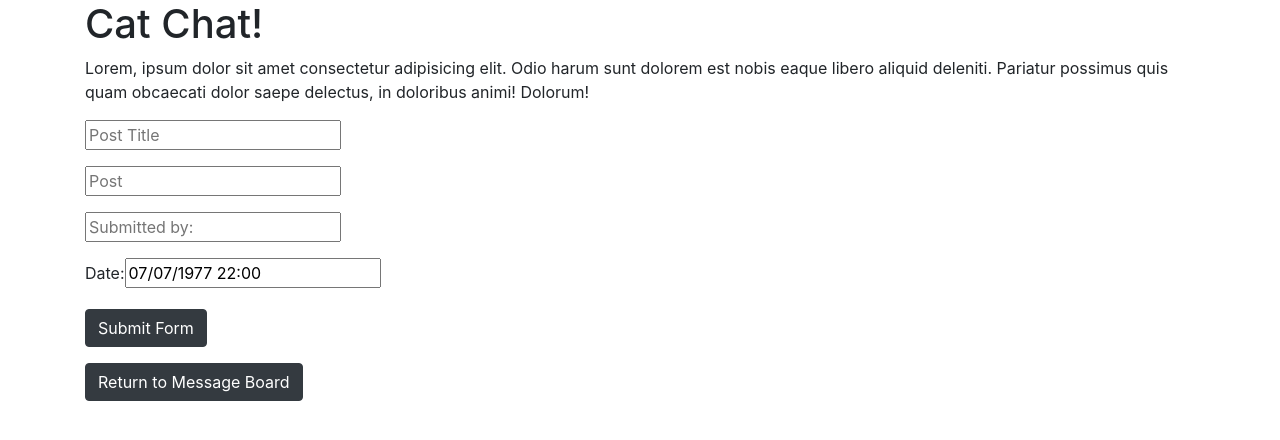
Repository: JoseyKinnaman/cat-chat
Page: /, after clicking the first element matching `button.btn`
The author's editor kept a copy of each file at every save. The page is drawn from the files as they stood at one save, then again after the next save.
The browser window is 1280 px wide. The pictures show the whole page.
The project was rebuilt for these pictures with package versions that can differ from the ones it lists, and the page was loaded fresh each time. Also part of the build but not shown: src/components/Post.js, src/components/PostDetail.js, src/components/EditPostForm.js.

Above is the page before, as saved 2020-07-08 09:36:59.

### src/components/App.js
import React from 'react';
import Header from "./Header";
import PostControl from "./PostControl";


function App(){
  return (
    <React.Fragment>
      <div class="container">
        <Header />
        <PostControl />
      </div>
    </React.Fragment>
  );
}

export default App;

### src/reducers/index.js
import formVisibleReducer from './form-visible-reducer';
import postListReducer from './post-list-reducer';
import { combineReducers } from 'redux';

const rootReducer = combineReducers({
  formVisibleOnPage: formVisibleReducer,
  masterPostList: postListReducer
});

export default rootReducer;

### src/components/Header.js
import React from "react";

function Header() {
  return (
    <React.Fragment>
      <h1>Cat Chat!</h1>
      <p>Lorem, ipsum dolor sit amet consectetur adipisicing elit. Odio harum sunt dolorem est nobis eaque libero aliquid deleniti. Pariatur possimus quis quam obcaecati dolor saepe delectus, in doloribus animi! Dolorum!</p>
    </React.Fragment>
  )
}

export default Header;

### src/components/PostControl.js
import React from 'react';
import NewPostForm from './NewPostForm';
import PostList from './PostList';
import PostDetail from './PostDetail';
import EditPostForm from './EditPostForm';
import { connect } from 'react-redux';
import PropTypes from 'prop-types';

class PostControl extends React.Component {

  constructor(props) {
    super(props);
    console.log(props);
    this.state = {
      selectedPost: null,
      editing: false
    };
  }

  handleClick = () => {
    if(this.state.selectedPost != null) {
      this.setState ({
        formVisibleOnPage: false,
        selectedPost: null,
        editing: false
      });
    } else {
      const { dispatch } = this.props;
      const action = {
        type: 'TOGGLE_FORM'
      }
      dispatch(action);
    }
  }

  handleChangingSelectedPost = (id) => {
    const selectedPost = this.props.masterPostList[id];
    this.setState({selectedPost: selectedPost})
  }

  handleAddingNewPostToList = (newPost) => {
    const { dispatch } = this.props;
    const { id, title, content, author, timestamp } = newPost;
    const action = {
      type: 'ADD_POST',
      id: id,
      title: title,
      content: content,
      author: author,
      timestamp: timestamp,
    }
    console.log(timestamp);
    dispatch(action);
    const action2 = {
      type: 'TOGGLE_FORM'
    }
    dispatch(action2);
  }

  handleEditClick = () => {
    this.setState({editing: true});
  }

  handleEditPostInList = (postToEdit) => {
    const { dispatch } = this.props;
    const { id, title, content, author, timestamp } = postToEdit;
    const action = {
      type: 'ADD_ITEM',
      id: id,
      title: title,
      content: content,
      author: author,
      timestamp: timestamp,
    }
    dispatch(action)
    this.setState({ selectedPost: null })
  }

  handleDeletePost = (id) => {
    const { dispatch } = this.props;
    const action = {
      type: "DELETE_POST",
      id: id
    }
    dispatch(action);
    this.setState({ selectedPost: null });
  }

  render() {
    let currentlyVisibleState = null;
    let buttonText = null;
    if (this.state.editing){
      currentlyVisibleState = <EditPostForm post = {this.state.selectedPost} onEditPost= {this.handleEditPostInList}/>
      buttonText = "Return to Message Board"
    } else if (this.state.selectedPost != null){
      currentlyVisibleState =
      <PostDetail
        post = {this.state.selectedPost}
        onClickDelete = {this.handleDeletePost}
        onClickEdit = {this.handleEditClick}
        />
      buttonText = "Return to Message Board"
    }
    else if (this.props.formVisibleOnPage){
      currentlyVisibleState = <NewPostForm onNewPostCreation={this.handleAddingNewPostToList}/>
      buttonText = "Return to Message Board"
    } else {
      currentlyVisibleState = <PostList postList = {this.props.masterPostList} onPostSelection={this.handleChangingSelectedPost}/>;
      buttonText = "Add Post"
    }
    return(
      <React.Fragment>
        {currentlyVisibleState}
        <button class="btn btn-dark" onClick={this.handleClick}>{buttonText}</button>
      </React.Fragment>

    );
  }
}

PostControl.propTypes = {
  masterPostList: PropTypes.object
};

const mapStateToProps = state => {
  return {
    masterPostList: state.masterPostList,
    formVisibleOnPage: state.formVisibleOnPage
  }
}

PostControl = connect(mapStateToProps)(PostControl);
export default PostControl;

### src/reducers/form-visible-reducer.js
export default (state = false, action) => {
  switch (action.type) {
    case 'TOGGLE_FORM':
      return !state;
  default:
  return state;
  }
};

### src/reducers/post-list-reducer.js
export default (state = {}, action) => {
  // let seconds = Date.now();
  const { title, content, author, timestamp, id } = action;
  switch (action.type) {
    case 'ADD_POST':
    return Object.assign({}, state, {
      [id]: {
        title: title,
        content: content,
        author: author,
        timestamp: timestamp
      }
    });
    case 'DELETE_POST':
      const newState = { ...state };
      delete newState[id];
      return newState;
    default:
      return state;
  }
};

### src/components/NewPostForm.js
import React from "react";
import { v4 } from 'uuid';
import PropTypes from "prop-types";
import ReusableForm from "./ReusableForm";

function NewPostForm(props){
  function handleNewPostFormSubmission(event) {
    event.preventDefault();
    var seconds = Date.now();
    props.onNewPostCreation({title: event.target.title.value, content: event.target.content.value, author: event.target.author.value, timestamp: new Date(seconds), id: v4()});
  }

  return (
    <React.Fragment>
      <ReusableForm
        formSubmissionHandler={handleNewPostFormSubmission}
        buttonText="Create Post" />
    </React.Fragment>
  );
}

NewPostForm.propTypes = {
  onNewPostCreation: PropTypes.func
};

export default NewPostForm;

### src/components/PostList.js
import React from "react";
import Post from "./Post";
import PropTypes from "prop-types";

function PostList(props){
  return (
    <React.Fragment>
      {Object.values(props.postList).map((post) => {
        return <Post
          whenPostClicked = { props.onPostSelection }
          title={post.title}
          content={post.content}
          author={post.author}
          timestamp={post.timestamp}
          id={post.id}
          key={post.id}
        />
     })}
    </React.Fragment>
  );
}

PostList.propTypes = {
  postList: PropTypes.object,
  onPostSelection: PropTypes.func
};

export default PostList;

### src/components/ReusableForm.js
import React from "react";
import PropTypes from "prop-types"

function ReusableForm(props) {
  return(
    <React.Fragment>
      <form onSubmit={props.formSubmissionHandler}>
        <div class="form-group">
          <input
            type="text"
            name='title'
            placeholder='Post Title'
            required />
        </div>
        <div class="form-group">
          <input
            type="text"
            name='content'
            placeholder='Post'
            required />
        </div>
        <div class="form-group">
          <input
            type="text"
            name='author'
            placeholder='Submitted by:'
            required />
        </div>
        <div class="form-group">
          <label for="staticTs">Date: </label>
          <input
            type="text"
            readonly
            id="staticTs"
            name="timestamp"
            value="07/07/1977 22:00"/>
        </div>
        <div class="form-group">
          <button class="btn btn-dark" type='submit'>Submit Form </button>
        </div>
      </form>
    </React.Fragment>
  );
}

ReusableForm.propTypes = {
  formSubmissionHandler: PropTypes.func,
  buttonText: PropTypes.string
};

// add timestamp functionality
export default ReusableForm;

Loaded but not shown: public/index.html (common file); src/index.js (common file); src/index.css (common file); src/serviceWorker.js (common file)

After the next save:
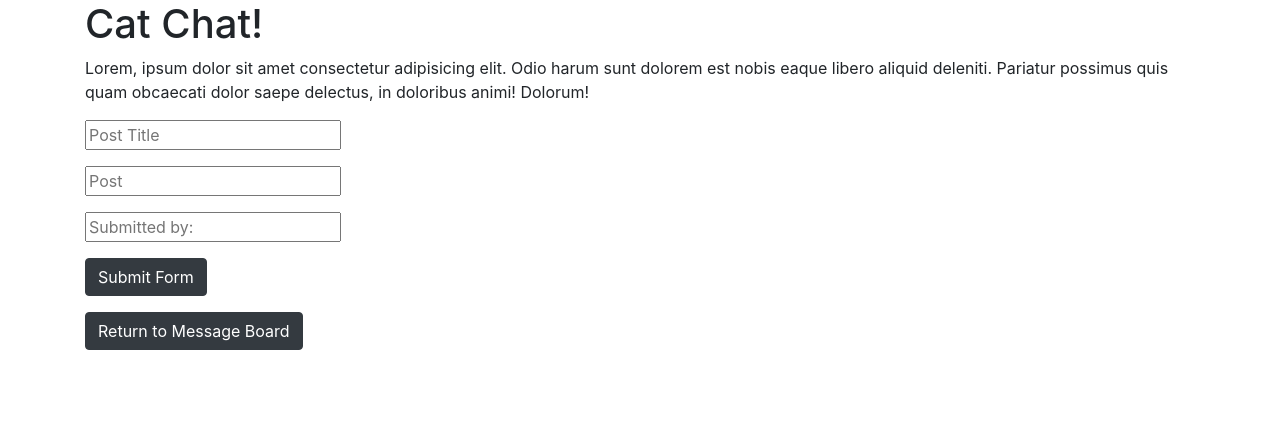
Saved 10 s later.
--- a/src/components/ReusableForm.js
+++ b/src/components/ReusableForm.js
@@ -27,15 +27,6 @@ function ReusableForm(props) {
             required />
         </div>
         <div class="form-group">
-          <label for="staticTs">Date: </label>
-          <input
-            type="text"
-            readonly
-            id="staticTs"
-            name="timestamp"
-            value="07/07/1977 22:00"/>
-        </div>
-        <div class="form-group">
           <button class="btn btn-dark" type='submit'>Submit Form </button>
         </div>
       </form>
